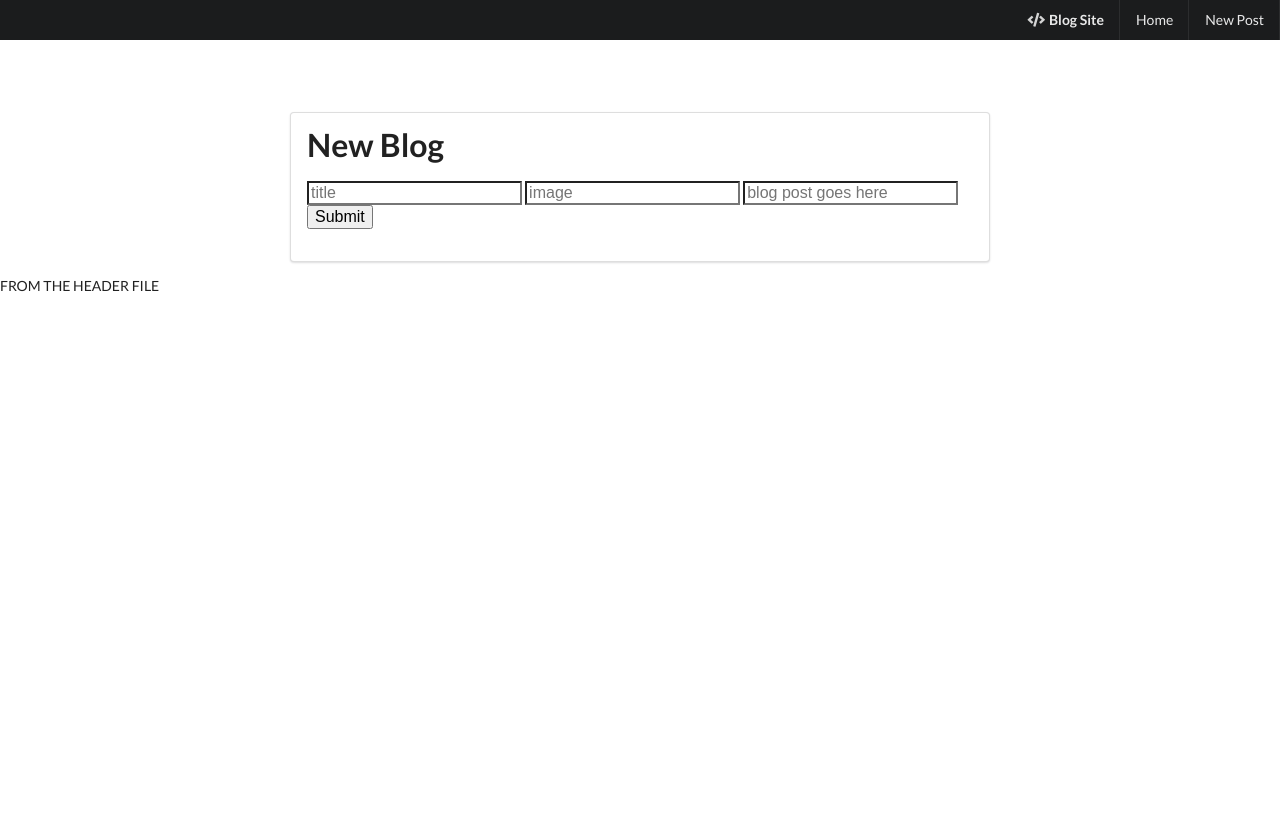
Repository: Patrick-Erath/Aplusmazing
Page: http://localhost/blogs/new
The author's editor kept a record of every edit. The page is drawn from the files as they stood at one moment, then again after the next edit.
The browser window is 1280 px wide. The pictures show the whole page.
Some web libraries are served in a nearby version. The page is served by the project's Node server (RESTful/RESTfulBlogApp/app.js).

Above is the page before.

### workspace/RESTful/RESTfulBlogApp/views/new.ejs
<% include ./partials/header %>
<div class="ui main text container segment">
    <div class="ui huge header">New Blog</div>
    <form action="/blogs" method="POST">
        <input type="text" name="blog[title]" placeholder="title">
        <input type="text" name="blog[image]" placeholder="image">
        <input type="text" name="blog[body]" placeholder="blog post goes here">
        <input type="submit">
    </form>
</div>

<% include ./partials/footer %>

### workspace/RESTful/RESTfulBlogApp/views/partials/header.ejs
<html>
    <head>
        <link rel="stylesheet" type="text/css" href="https://cdnjs.cloudflare.com/ajax/libs/semantic-ui/2.3.3/semantic.min.css">
                <link rel="stylesheet" type="text/css" href="/stylesheets/app.css">

        <title>Blog App</title>
    </head>
        <p></p>
    <body>
        <div class="ui fixed inverted menu">
            <div class="ui container"></div>
                <div class="header item"><i class="code icon"></i>Blog Site</div>
                <a href="/" class="item">Home</a>
                <a href="/blogs/new" class="item">New Post</a>
            </div>
        </div>

### workspace/RESTful/RESTfulBlogApp/views/partials/footer.ejs
<html>
    <head>
        <title>Blog App</title>
    </head>
        <p>FROM THE HEADER FILE</p>

</html>

### workspace/RESTful/RESTfulBlogApp/app.js
var express = require("express"),
    app     = express(),
    mongoose = require("mongoose"),
    bodyParser = require("body-parser"),
    expressSanitizer = require("express-sanitizer"),
    methodOverride = require("method-override");

// APP CONFIG
mongoose.connect("mongodb://localhost:27017/restful_blog_app", { useNewUrlParser: true });
app.set("view engine", "ejs");
app.use(express.static("public"));
app.use(bodyParser.urlencoded({extended: true}));
app.use(methodOverride("_method"));
app.use(expressSanitizer()); // Has to go after body-parser

// MONGOOSE/MODEL CONFIG
var blogSchema = new mongoose.Schema({
    title: String,
    body: String,
    image: String,
    created:  {type: Date, default: Date.now}
});
var Blog=mongoose.model("Blog", blogSchema);

// RESTFUL ROUTES
app.get("/", function(req, res){
    res.redirect("/blogs");
});

// INDEX ROUTE
app.get("/blogs", function(req, res){
    Blog.find({}, function(err, blogs){
        if(err){
            console.log("ERROR!");
        }
        else{
            res.render("index", {blogs: blogs});
        }
    });
});

// NEW ROUTE
app.get("/blogs/new", function(req, res){
    res.render("new");
});

// CREATE ROUTE
app.post("/blogs", function(req, res){
    // create blog
    console.log(req.body);
    req.body.blog.body = req.sanitize(req.body.blog.body);
    console.log("========");
    console.log(req.body);
    Blog.create(req.body.blog, function(err, newBlog){
        if(err){
            res.render("new");
        }
        else{
            // then, redirect to index
            res.redirect("/blogs");
        }
    });
});

// SHOW ROUTE
app.get("/blogs/:id", function(req, res){
    Blog.findById(req.params.id, function(err, foundBlog){
        if(err){
            res.redirect("/body");
        }
        else{
            res.render("show", {blog: foundBlog});
        }
    })
});

// EDIT ROUTE
app.get("/blogs/:id/edit", function(req, res){
    Blog.findById(req.params.id, function(err, foundBlog){
        if(err){
            res.redirect("/blogs");
        }
        else{
            res.render("edit", {blog: foundBlog});
        }
    });
});

// UPDATE ROUTE
app.put("/blogs/:id", function(req, res){
    Blog.findByIdAndUpdate(req.params.id, req.body.blog, function(err, updatedBlog){
        if(err){
            res.redirect("/blogs");
        }
        else{
            res.redirect("/blogs/"+req.params.id);
        }
    })
});

// DELETE ROUTE
app.delete("/blogs/:id", function(req, res){
    // Destroy blog
    Blog.findByIdAndRemove(req.params.id, function(err){
        if(err){
            res.redirect("/blogs");
        }
        else{
             res.redirect("/blogs");
        }
    })
    // Redirect somewhere

});


app.listen(process.env.PORT, process.env.IP, function(){
    console.log("APP FUCKING WORKS");
});

### workspace/RESTful/RESTfulBlogApp/public/stylesheets/app.css
icon {
    font-size: 2em;
}

.container.main{
  margin-top: 7.0em;
}

img{
    width:330px;
}

#delete {
    display: inline;
}

After the next edit:
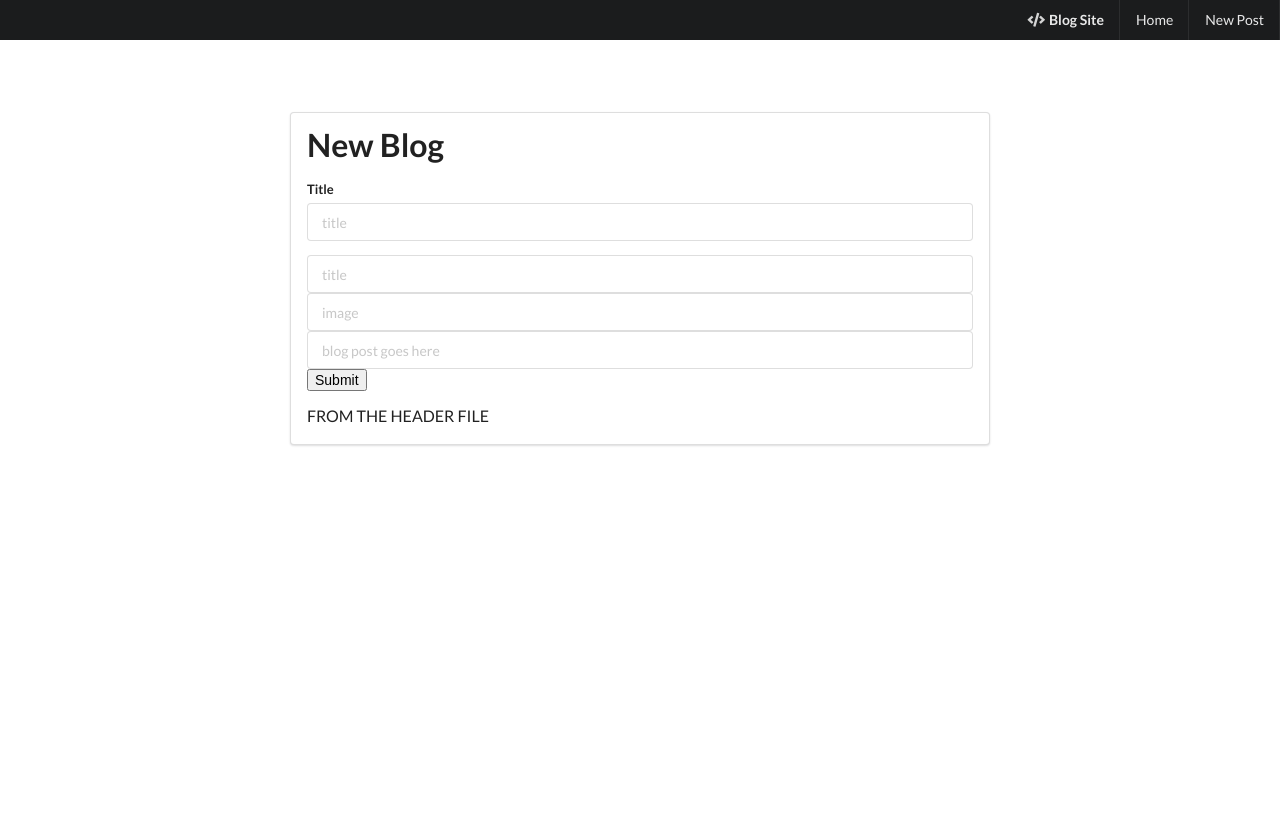
The edit:
--- a/workspace/RESTful/RESTfulBlogApp/views/new.ejs
+++ b/workspace/RESTful/RESTfulBlogApp/views/new.ejs
@@ -1,7 +1,12 @@
 <% include ./partials/header %>
 <div class="ui main text container segment">
     <div class="ui huge header">New Blog</div>
-    <form action="/blogs" method="POST">
+    <form class="ui form" action="/blogs" method="POST">
+        <div class="field">
+            <label>Title</label>
+            <input type="text" name="blog[title]" placeholder="title">
+        </div>
+        <div class="field">
         <input type="text" name="blog[title]" placeholder="title">
         <input type="text" name="blog[image]" placeholder="image">
         <input type="text" name="blog[body]" placeholder="blog post goes here">
